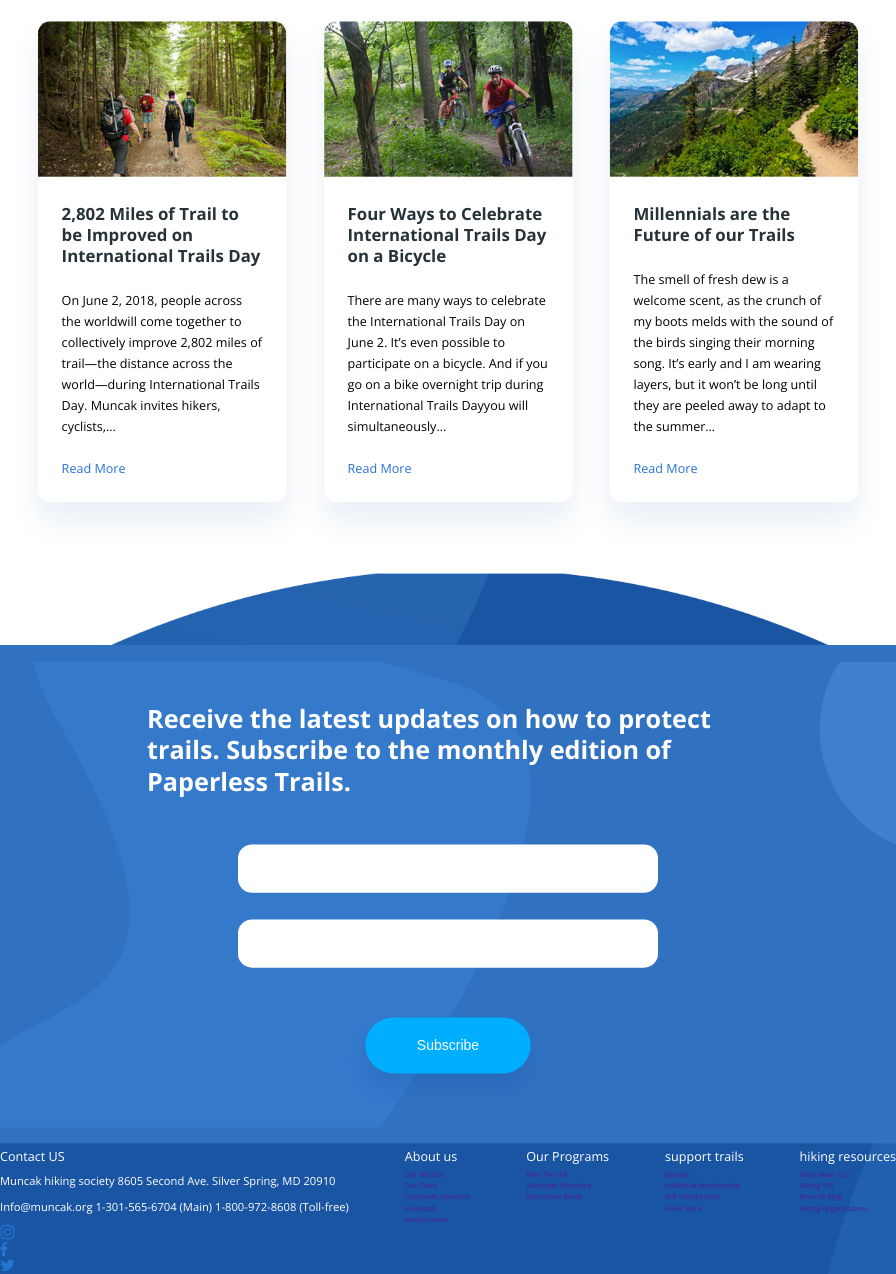
Repository: huubinh98/Project
Page: muncak/index.html
An editor plug-in stored every save of this project. The page is shown before and after the next save, followed by the edit.
The browser window is 1280 px wide. The pictures show the part of the page from y = 3589 to 5509 px (the page is 5409 px tall before and 5509 px after), at 70% of full size.

Above is the page before, as saved 2021-08-28 21:57:55.

After the next save:
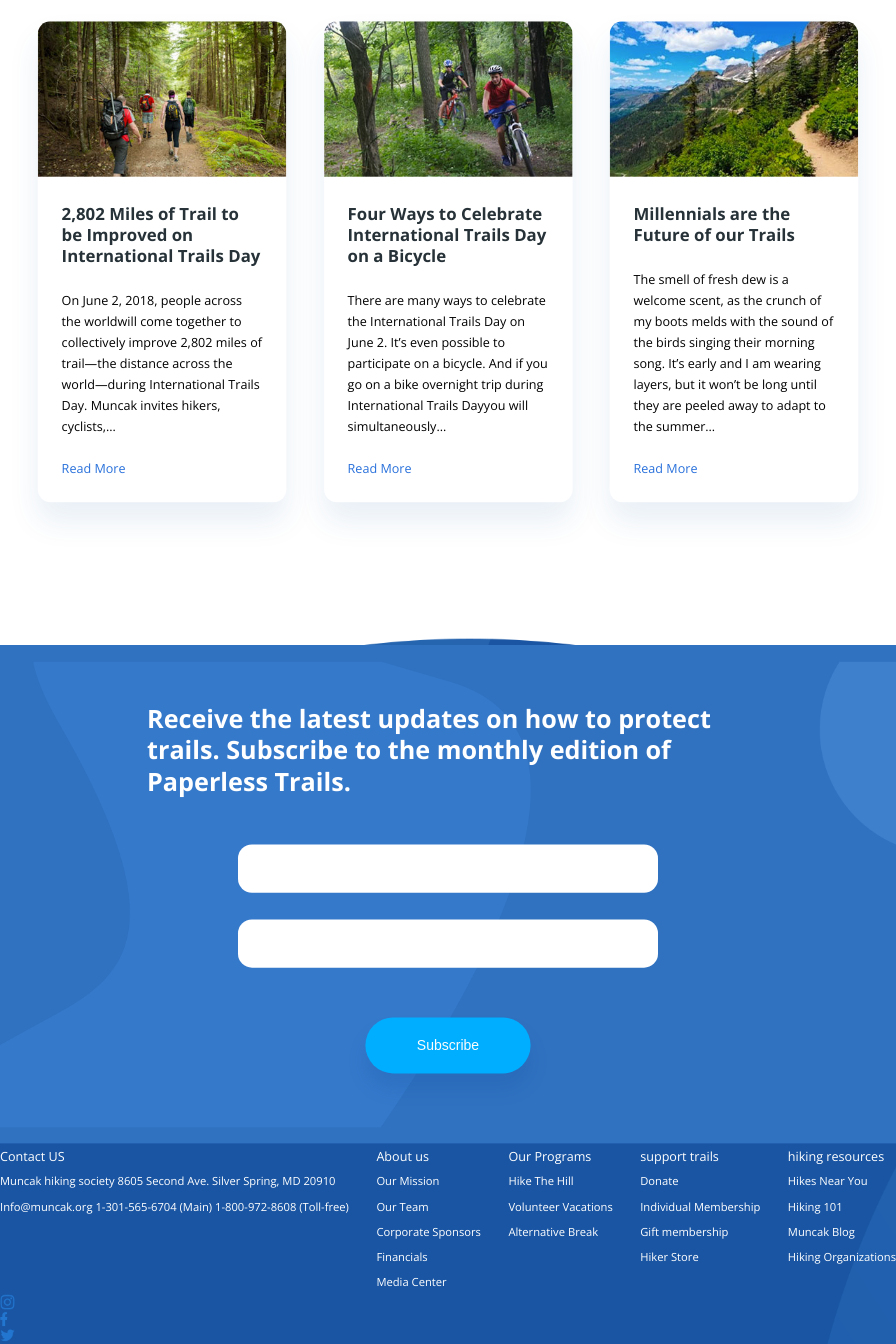
Saved 42 s later.
--- a/muncak/index.html
+++ b/muncak/index.html
@@ -152,19 +152,19 @@
                     <h4 class="footer-item-name">About us</h4>
                     <ul class="footer-item-list">
                         <li class="footer-item-contact">
-                            <a href="">Our Mission</a>
-                        </li>
-                        <li>
-                            <a href="">Our Team</a>
-                        </li>
-                        <li>
-                            <a href="">Corporate Sponsors</a>
-                        </li>
-                        <li>
-                            <a href="">Financials</a>
-                        </li>
-                        <li>
-                            <a href="">Media Center</a>
+                            <a href="" class="footer-item-desc">Our Mission</a>
+                        </li>
+                        <li>
+                            <a href="" class="footer-item-desc">Our Team</a>
+                        </li>
+                        <li>
+                            <a href="" class="footer-item-desc">Corporate Sponsors</a>
+                        </li>
+                        <li>
+                            <a href="" class="footer-item-desc">Financials</a>
+                        </li>
+                        <li>
+                            <a href="" class="footer-item-desc">Media Center</a>
                         </li>
                     </ul>
                 </div>
@@ -172,13 +172,13 @@
                     <h4 class="footer-item-name">Our Programs</h4>
                     <ul>
                         <li>
-                            <a href="">Hike The Hill</a>
-                        </li>
-                        <li>
-                            <a href="">Volunteer Vacations</a>
-                        </li>
-                        <li>
-                            <a href="">Alternative Break</a>
+                            <a href="" class="footer-item-desc">Hike The Hill</a>
+                        </li>
+                        <li>
+                            <a href="" class="footer-item-desc">Volunteer Vacations</a>
+                        </li>
+                        <li>
+                            <a href="" class="footer-item-desc">Alternative Break</a>
                         </li>
                     </ul>
                 </div>
@@ -186,16 +186,16 @@
                     <h4 class="footer-item-name">support trails</h4>
                     <ul>
                         <li>
-                            <a href="">Donate</a>
-                        </li>
-                        <li>
-                            <a href="">Individual Membership</a>
-                        </li>
-                        <li>
-                            <a href="">Gift membership</a>
-                        </li>
-                        <li>
-                            <a href="">Hiker Store</a>
+                            <a href="" class="footer-item-desc">Donate</a>
+                        </li>
+                        <li>
+                            <a href="" class="footer-item-desc">Individual Membership</a>
+                        </li>
+                        <li>
+                            <a href="" class="footer-item-desc">Gift membership</a>
+                        </li>
+                        <li>
+                            <a href="" class="footer-item-desc">Hiker Store</a>
                         </li>
                     </ul>
                 </div>
@@ -203,16 +203,16 @@
                     <h4 class="footer-item-name">hiking resources</h4>
                     <ul>
                         <li>
-                            <a href="">Hikes Near You</a>
-                        </li>
-                        <li>
-                            <a href="">Hiking 101</a>
-                        </li>
-                        <li>
-                            <a href="">Muncak Blog</a>
-                        </li>
-                        <li>
-                            <a href="">Hiking Organizations</a>
+                            <a href="" class="footer-item-desc">Hikes Near You</a>
+                        </li>
+                        <li>
+                            <a href="" class="footer-item-desc">Hiking 101</a>
+                        </li>
+                        <li>
+                            <a href="" class="footer-item-desc">Muncak Blog</a>
+                        </li>
+                        <li>
+                            <a href="" class="footer-item-desc">Hiking Organizations</a>
                         </li>
                     </ul>
                 </div>
